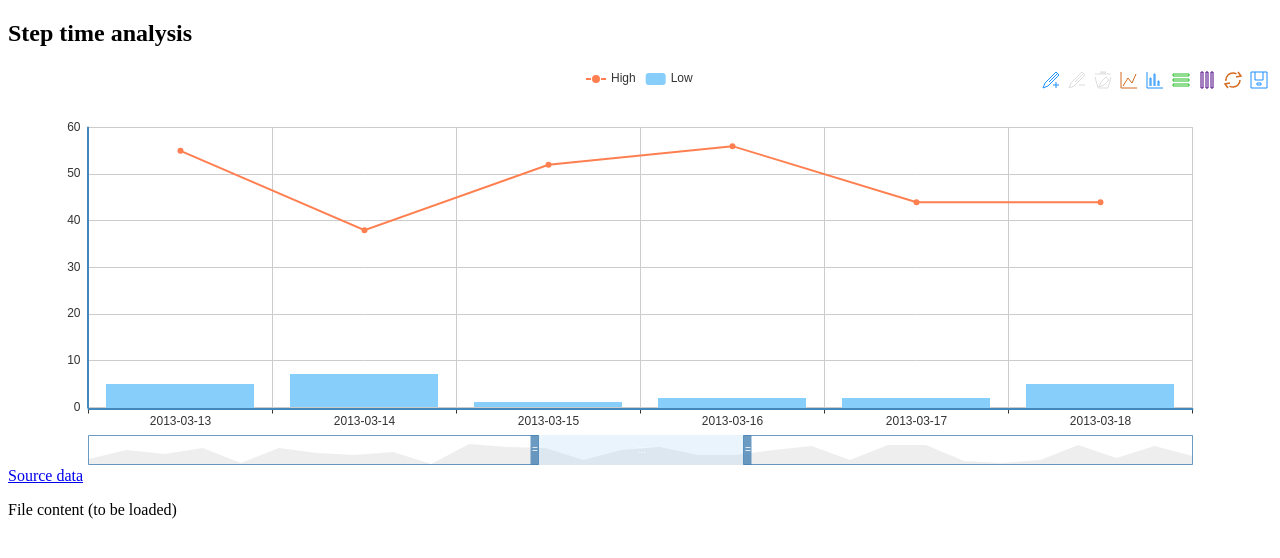
Repository: shutterfly2011/apache
Page: eChartTest/WebContent/ChartEvent.html
The author's editor kept a copy of each file at every save. The page is drawn from the files as they stood at one save, then again after the next save.
The browser window is 1280 px wide. The pictures show the whole page.

Above is the page before, as saved 2015-10-14 03:45:11.
Console error (its wording comes from the project's code and is left out).

After the next save:
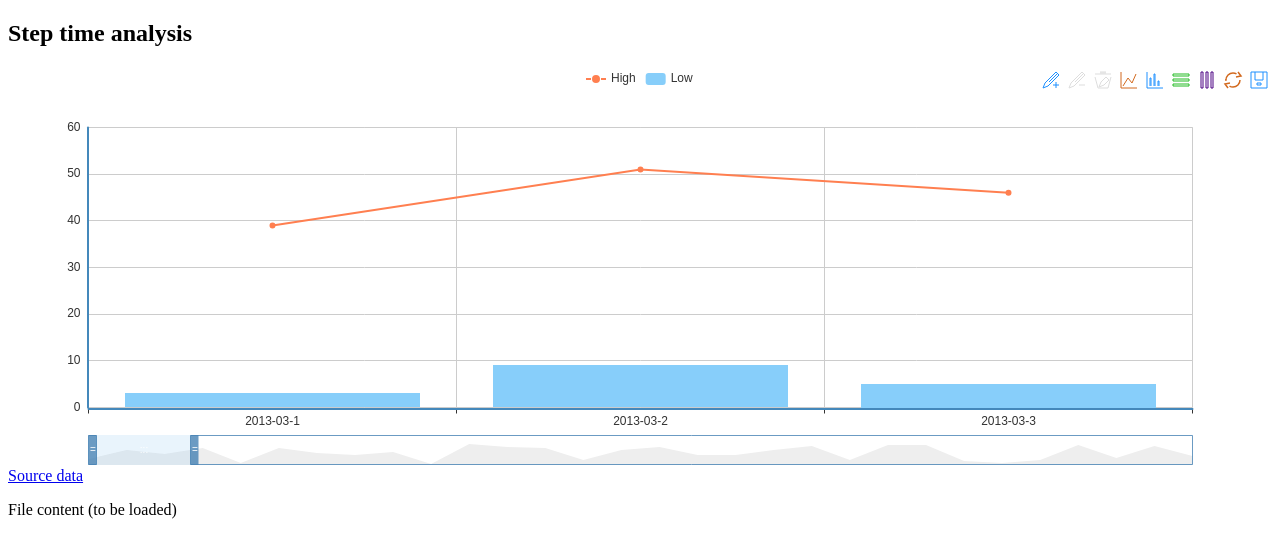
Saved 103 s later.
--- a/eChartTest/WebContent/ChartEvent.html
+++ b/eChartTest/WebContent/ChartEvent.html
@@ -29,8 +29,8 @@ var option = {
 	    dataZoom : {
 	        show : true,
 	        realtime : true,
-	        start : 40,
-	        end : 60
+	        start : 0,
+	        end : 10
 	    },
 	    xAxis : [
 	        {
